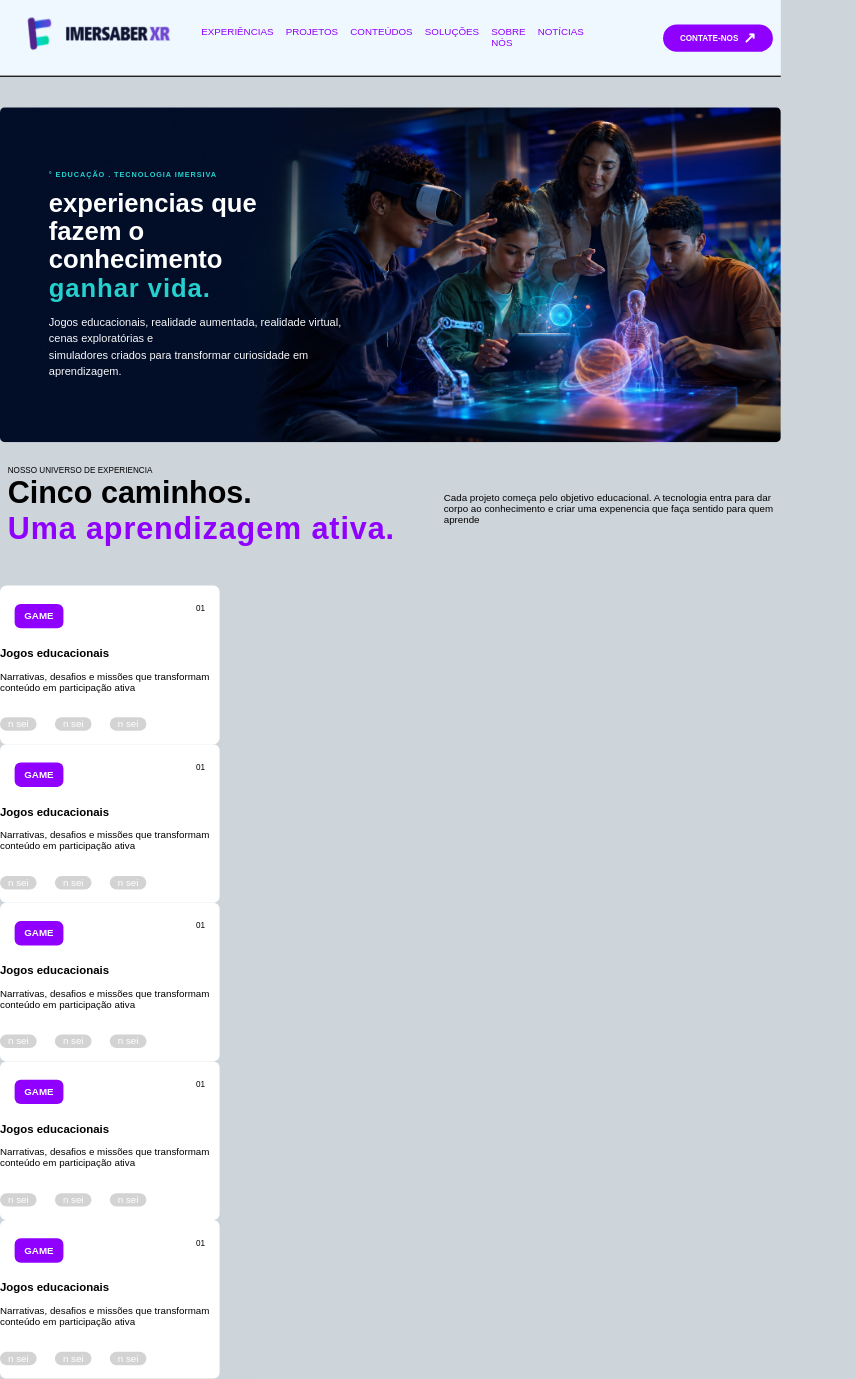
Repository: antonymsantana-design/Avaliacao.Parte.01
Page: html/index.html
The author's editor kept a copy of each file at every save. The page is drawn from the files as they stood at one save, then again after a run of saves.
The browser window is 1280 px wide. The page is 1280 px wide, then 1402 px, so the pictures cover 1402 px, including what lies to the right of the window. The pictures show the whole page, at 61% of full size.

Above is the page before, as saved 2026-08-29 18:27:26.

After the next 3 saves:
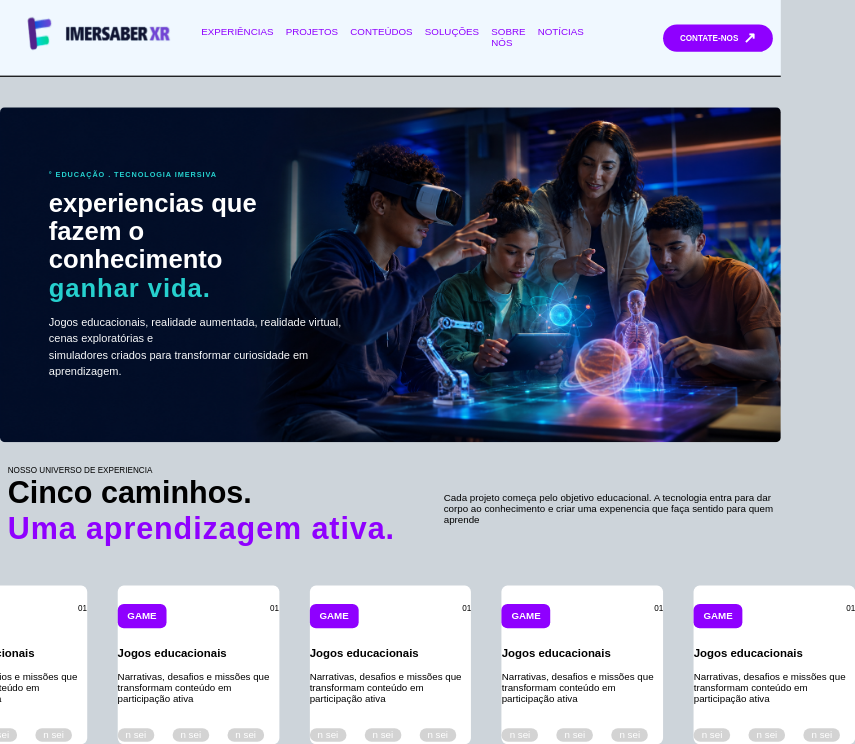
The 3 saves are shown as one change because they came seconds apart.
The last was saved 3 min 16 s later.
--- a/css/Style.css
+++ b/css/Style.css
@@ -190,5 +190,7 @@ span {
 }
 
 .cards{
-
+    display: flex;
+    justify-content: center;
+    gap: 50px;
 }
